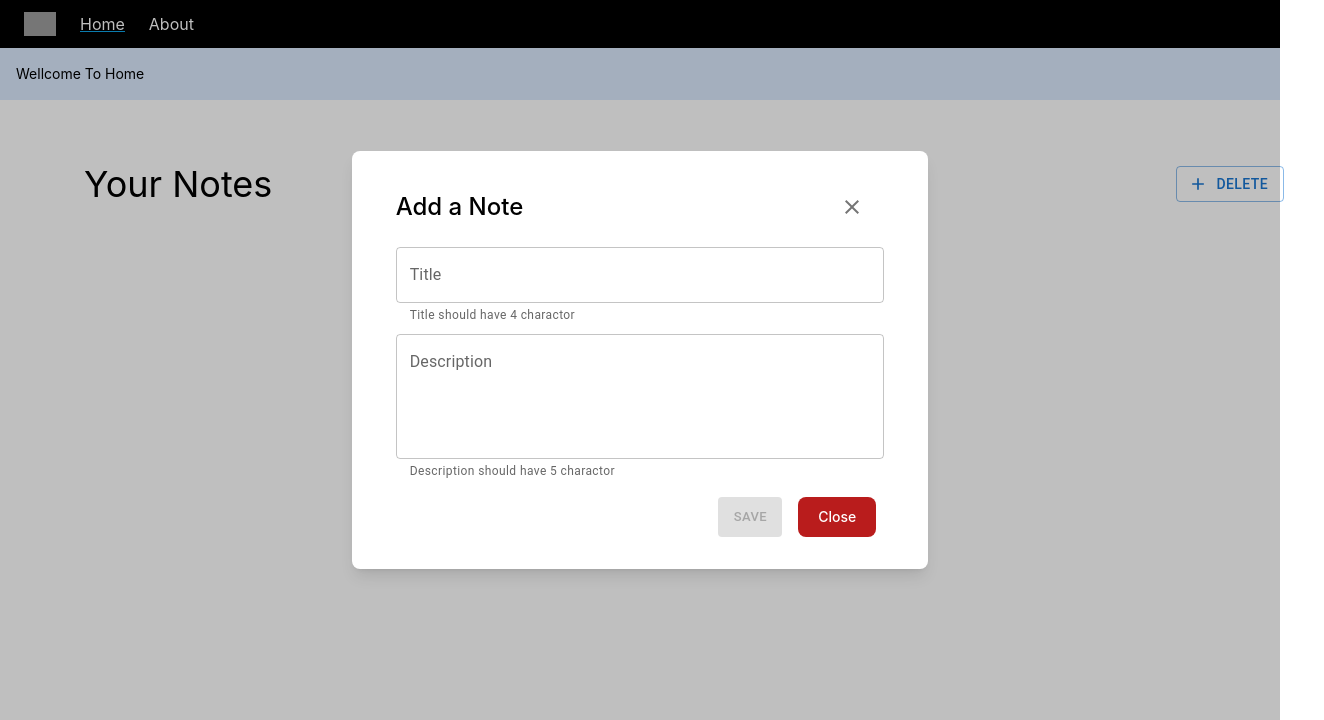
Repository: sonawaneteju4/iNote
Page: /, after clicking the first element matching `button.MuiButtonBase-root`
These files come from the project's save history. The page is drawn as it stood at one moment and after a run of saves; the edit follows.
The browser window is 1280 px wide. The page is 1324 px wide, so the pictures cover 1324 px, including what lies to the right of the window. The pictures show the whole page.
Pictures or frames that could not be fetched are drawn as grey boxes. The page's requests for data from a server got no answer. Some web libraries are served in a nearby version. The project was rebuilt for these pictures with package versions that can differ from the ones it lists, and the page was loaded fresh each time. No one was signed in, and anything a server would have sent is missing. Also part of the build but not shown: src/App.css, src/components/NoteCard.js, src/components/About.js.

Above is the page before, as saved 2022-10-12 00:59:27.

### public/index.html
<!DOCTYPE html>
<html lang="en">
  <head>
    <meta charset="utf-8" />
    <link rel="icon" href="%PUBLIC_URL%/favicon.ico" />
    <meta name="viewport" content="width=device-width, initial-scale=1" />
    <meta name="theme-color" content="#000000" />
    <meta
      name="description"
      content="Web site created using create-react-app"
    />
    <link rel="apple-touch-icon" href="%PUBLIC_URL%/logo192.png" />

    <link rel="manifest" href="%PUBLIC_URL%/manifest.json" />

    <title>iNote - Secured Notes On Cloud</title>
  </head>
  <body>
    <noscript>You need to enable JavaScript to run this app.</noscript>
    <script src="https://kit.fontawesome.com/61d960ae85.js" crossorigin="anonymous"></script>
    <div id="root"></div>
  </body>
</html>

### src/App.js
import "./App.css";
import { BrowserRouter, Routes, Route } from "react-router-dom";
import Navbar from "./components/Navbar";
import Home from "./components/Home";
import About from "./components/About";
import NoteState from "./context/notes/NoteAPIs";
import Alert from "./components/Alert";

function App() {
  return (
    <>
      <NoteState>
        <BrowserRouter>
          <Navbar />
          <Alert message="Wellcome To Home"/>
          <div className="container m-11">

          <Routes>
            <Route exact path="/" element={<Home />}></Route>
            <Route exact path="/about" element={<About />}></Route>
          </Routes>
          </div>
        </BrowserRouter>
      </NoteState>
    </>
  );
}

export default App;

### src/components/Navbar.js
import React, {useEffect} from 'react'
import { Link, useLocation } from 'react-router-dom'

const Navbar = () => {
  let location = useLocation();
  useEffect(() => {

  }, [location])

  return (
    <nav className='flex bg-black text-white sticky top-0'>
        <ul className='flex m-3'>
            <li className='px-3'><Link to="/"><img alt="Logo" className='h-6' src='https://i.ibb.co/yyD6c8M/i-NOTE-3.png'></img></Link></li>
            <li className={`px-3  ${location.pathname==='/'? "underline decoration-sky-500": ""}`}><Link to="/">Home</Link></li>
            <li className={`px-3  ${location.pathname==='/about'? "underline decoration-sky-500": ""}`}><Link to="/about">About</Link></li>
        </ul>

    </nav>
  )
}

export default Navbar

### src/components/Home.js
import React from 'react'
// import NoteState from '../context/notes/NoteState';
import Notes from './AllNotes';

const Home = () => {

  return (
    <div className='mx-10'>
      <Notes />
    </div>

  )
}

export default Home

### src/context/notes/NoteAPIs.js
import NoteContext from "./NoteContext";
import { useState } from "react";

const NoteAPIs = (props) => {
  const host = "http://localhost:5000"
  const notesInitial = []
  const [notes, setNotes] = useState(notesInitial)

  // Get all Notes
  const getNotes = async () => {
    // API Call
    const response = await fetch(`${host}/api/notes/fetchallnotes`, {
      method: 'GET',
      headers: {
        'Content-Type': 'application/json',
        "auth-token": "eyJhbGciOiJIUzI1NiIsInR5cCI6IkpXVCJ9.eyJ1c2VyIjp7ImlkIjoiNjM0MDJkNzU1M2FmOTliMGVlZjI2NTM0In0sImlhdCI6MTY2NTE1MDMyNX0.21oCHuWw9znwAh1XjjmkspjjhwBbkDeEM_QBgueLQc0"
      }
    });
    const json = await response.json()
    // console.log(json)
    setNotes(json)
  }

  // Add a Note
  const addNote = async (title, description, tag) => {
    // TODO: API Call
    // API Call
    const response = await fetch(`${host}/api/notes/addnote`, {
      method: 'POST',
      headers: {
        'Content-Type': 'application/json',
        "auth-token": "eyJhbGciOiJIUzI1NiIsInR5cCI6IkpXVCJ9.eyJ1c2VyIjp7ImlkIjoiNjM0MDJkNzU1M2FmOTliMGVlZjI2NTM0In0sImlhdCI6MTY2NTE1MDMyNX0.21oCHuWw9znwAh1XjjmkspjjhwBbkDeEM_QBgueLQc0"
      },
      body: JSON.stringify({title, description, tag})
    }).then(async (res) =>{
      if(res.status === 200){

        console.log("Note Saved Successful")
      }
      else{
        console.log("Failed to Save note")
      }
    });

    // console.log("Adding a new note")
    const note = {
      "_id": "61322f119553781a8ca8d0e08",
      "user": "6131dc5e3e4037cd4734a0664",
      "title": title,
      "description": description,
      "tag": tag,
      "date": "2021-09-03T14:20:09.668Z",
      "__v": 0
    };
    setNotes(notes.concat(note))
  }

  // Delete a Note
  const deleteNote = (id) => {
    // TODO: API Call
    console.log("Deleting the note with id" + id);
    const newNotes = notes.filter((note) => { return note._id !== id })
    setNotes(newNotes)
  }
  // Edit a Note
  const editNote = async (id, title, description, tag) => {
    // API Call
    const response = await fetch(`${host}/api/notes/updatenote/${id}`, {
      method: 'POST',
      headers: {
        'Content-Type': 'application/json',
        "auth-token": "eyJhbGciOiJIUzI1NiIsInR5cCI6IkpXVCJ9.eyJ1c2VyIjp7ImlkIjoiNjM0MDJkNzU1M2FmOTliMGVlZjI2NTM0In0sImlhdCI6MTY2NTE1MDMyNX0.21oCHuWw9znwAh1XjjmkspjjhwBbkDeEM_QBgueLQc0"
      },
      body: JSON.stringify({title, description, tag})
    });
    const json = response.json();
    console.log(json)

    // Logic to edit in client
    for (let index = 0; index < notes.length; index++) {
      const element = notes[index];
      if (element._id === id) {
        element.title = title;
        element.description = description;
        element.tag = tag;
      }

    }
  }

  return (
    <NoteContext.Provider value={{ notes, addNote, deleteNote, editNote, getNotes }}>
      {props.children}
    </NoteContext.Provider>
  )

}
export default NoteAPIs;

### src/components/Alert.js
import React from 'react'

const Alert = (props) => {
  return (
    <div className=''>
      <div className="flex p-4 mb-4 text-sm bg-blue-100 rounded-lgz text-black " role="alert">
  {props.message}
  </div>
    </div>
  )
}

export default Alert

### src/components/AllNotes.js
import React, { useState, useContext, useEffect } from "react";
import NoteContext from "../context/notes/NoteContext";
import NoteModal from "./NoteModal";
import NoteItem from "./NoteCard";
import Button from "@mui/material/Button";
import AddIcon from "@mui/icons-material/Add";

const Notes = () => {
  const context = useContext(NoteContext);
  const [showModal, setShowModal] = useState(false);
  const [showModalForUpdate, setShowModalForUpdate] = useState(false);
  const { notes, getNotes } = context;

  const [noteForUpdate, setNoteForUpdate] = useState();
  const forUpdate = true;
  useEffect(() => {
    getNotes();
  }, []);

  const updateNote = (n) => {
    setShowModalForUpdate(true);
    setNoteForUpdate(n);
  };

  return (
    <div>
      <div className="flex justify-between items-center">
        <h1 className="py-5 text-4xl">Your Notes</h1>
        <Button variant="outlined" className="border-2" startIcon={<AddIcon />} onClick={() => setShowModal(true)}>
          Delete
        </Button>
        {showModal && <NoteModal closeModal={setShowModal} />}
        {showModalForUpdate && (
          <NoteModal
            closeModal={setShowModalForUpdate}
            noteForUpdate={noteForUpdate}
            forUpdate={forUpdate}
          />
        )}
      </div>

      <div className="flex flex-wrap">
        {notes.map((note) => {
          return (
            <div key={note._id} onClick={() => updateNote(note)}>
              <NoteItem note={note} />
            </div>
          );
        })}
      </div>
    </div>
  );
};

export default Notes;

### src/components/NoteModal.js
import React, { useContext, useState } from "react";
import NoteContext from "../context/notes/NoteContext";
import TextField from "@mui/material/TextField";
import Stack from "@mui/material/Stack";

import IconButton from "@mui/material/IconButton";
import CloseIcon from "@mui/icons-material/Close";
import Button from "@mui/material/Button";

const AddNote = ({ closeModal, noteForUpdate, forUpdate }) => {
  const context = useContext(NoteContext);
  const { addNote } = context;

  const { deleteNote } = context;

  const [note, setnote] = useState({
    title: "",
    description: "",
    tag: "default",
  });
  const handleClick = (e) => {
    e.preventDefault();
    addNote(note.title, note.description, note.tag);
    console.log(addNote);
    closeModal(false);
  };
  const onChange = (e) => {
    setnote({ ...note, [e.target.name]: e.target.value });
  };

  console.log(noteForUpdate);

  const modalOperation = (forUpdate) => {
    if (forUpdate) {
      deleteNote(noteForUpdate._id);
      closeModal(false);
    } else {
      console.log("notforUpdate");

      closeModal(false);
    }
  };

  return (
    <>
      <div className="justify-center items-center flex overflow-x-hidden overflow-y-auto fixed inset-0 z-50 outline-none focus:outline-none">
        <div className="relative w-auto my-2 mx-auto max-w-3xl">
          <div className="border-0 rounded-lg shadow-lg relative flex flex-col w-full bg-white outline-none focus:outline-none">
            <div className="m-2 p-2">
              <div className="text-black">
                <div className="mx-5">
                  <div className="container ">
                    <Stack
                      component="form"
                      sx={{ "& button": { m: 1 }, width: "50ch", p: 1 }}
                      spacing={1}
                      noValidate
                      autoComplete="off"
                    >
                      <div className="flex justify-between items-center">
                        <h1 className="text-2xl font-medium">Add a Note</h1>
                        <IconButton
                          aria-label="delete"
                          size="large"
                          onClick={() => closeModal(false)}
                        >
                          <CloseIcon />
                        </IconButton>
                      </div>
                      <TextField
                        id="outlined-basic"
                        label="Title"
                        variant="outlined"
                        onChange={onChange}
                        name="title"
                        helperText="Title should have 4 charactor"
                        defaultValue={noteForUpdate ? noteForUpdate.title : ""}
                      />
                      <TextField
                        id="filled-multiline-static"
                        label="Description"
                        multiline
                        onChange={onChange}
                        rows={4}
                        name="description"
                        defaultValue={
                          noteForUpdate ? noteForUpdate.description : ""
                        }
                        helperText="Description should have 5 charactor"
                      />
                      <div className="flex justify-end">

                        <Button variant="contained" size="small" onClick={handleClick}
                          type="submit"
                          disabled={
                            note.title.length < 4 || note.description.length < 5
                          }>
                        {forUpdate ? "Update" : "Save"}
                        </Button>
                        <button
                          onClick={() => modalOperation(forUpdate)}
                          type="close"
                          className="text-white bg-red-700 hover:bg-red-800 focus:ring-4 focus:outline-none focus:ring-red-300 font-medium rounded-lg text-sm w-full sm:w-auto px-5 py-2.5 text-center dark:bg-red-600 dark:hover:bg-red-700 dark:focus:ring-red-800"
                        >
                          {forUpdate ? "Delete" : "Close"}
                        </button>
                      </div>
                    </Stack>
                  </div>
                </div>
              </div>
            </div>
          </div>
        </div>
      </div>
      <div className="opacity-25 fixed inset-0 z-40 bg-black"></div>
    </>
  );
};

export default AddNote;

Loaded but not shown: src/index.js (common file); src/index.css (common file); src/context/notes/NoteContext.js (common file); tailwind.config.js (common file)

After the next 2 saves:
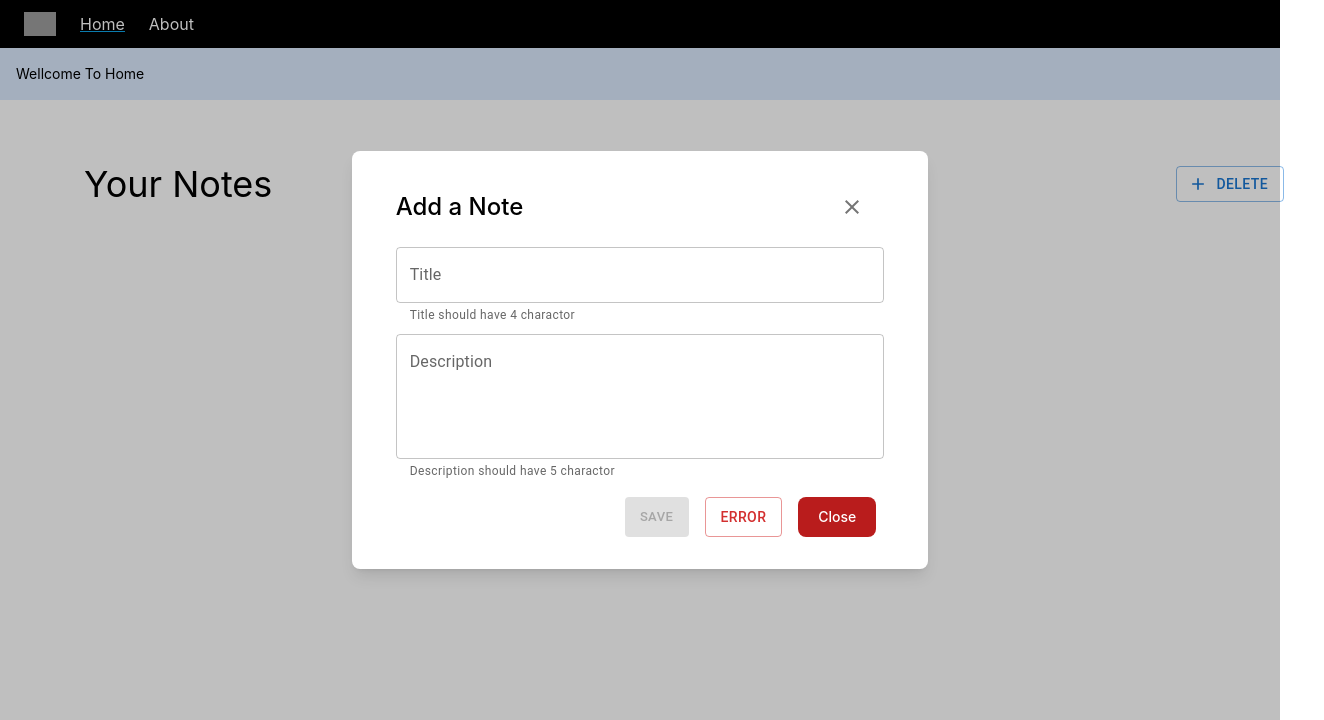
The 2 saves are shown as one change because they came seconds apart.
The last was saved 62 s later.
--- a/src/components/NoteModal.js
+++ b/src/components/NoteModal.js
@@ -97,6 +97,9 @@ const AddNote = ({ closeModal, noteForUpdate, forUpdate }) => {
                           }>
                         {forUpdate ? "Update" : "Save"}
                         </Button>
+                        <Button variant="outlined" color="error">
+        Error
+      </Button>
                         <button
                           onClick={() => modalOperation(forUpdate)}
                           type="close"
